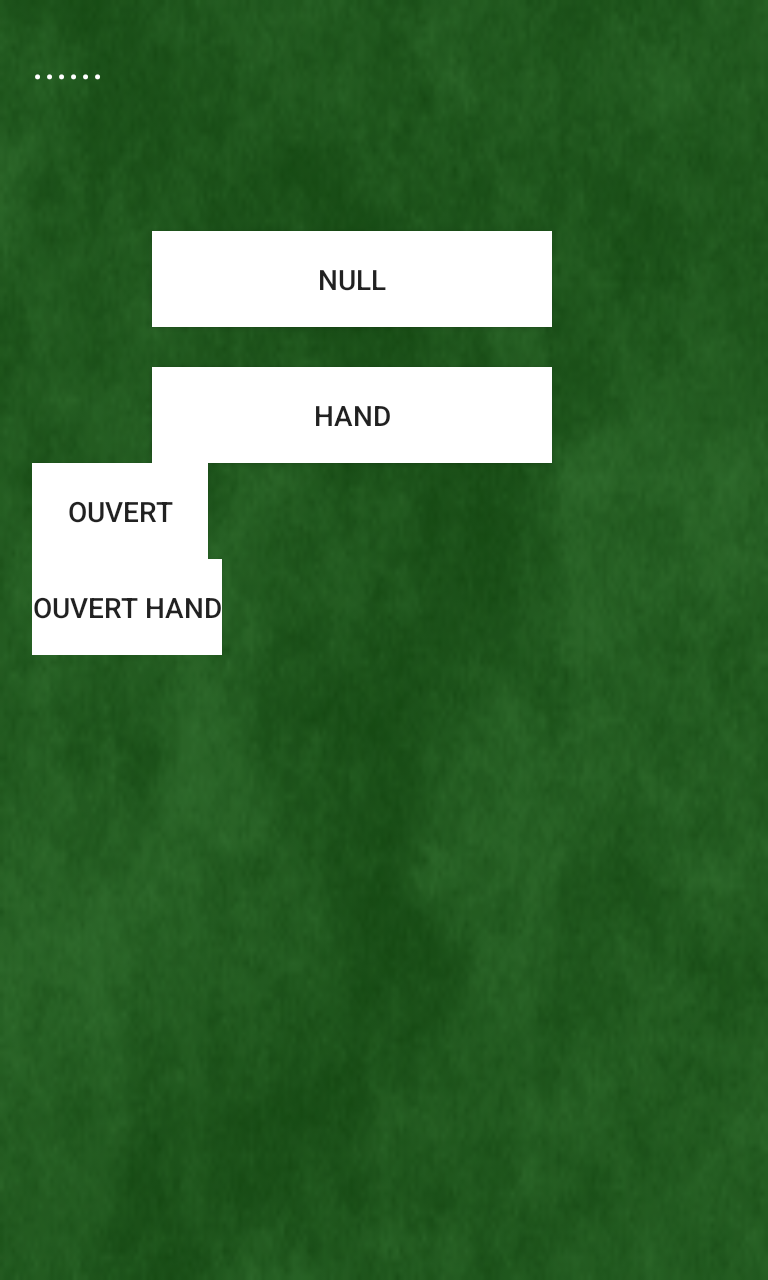
Repository: razinanu/InSy-Skat
Layout: InSy-Skat/res/layout/fragment_null_s.xml
The author's editor kept a copy of each file at every save. The layout is drawn from the files as they stood at one save, then again after the next save.
It is drawn on a 768 x 1280 px phone screen (xhdpi) without system bars, with theme AppThemeWithoutActionBarTitle; the app's code is not run.

Above is the layout before, as saved 2014-06-21 19:11:18.

### InSy-Skat/res/layout/fragment_null_s.xml
<ScrollView xmlns:android="http://schemas.android.com/apk/res/android"
    xmlns:tools="http://schemas.android.com/tools"
    android:layout_width="match_parent"
    android:layout_height="match_parent"
    android:paddingBottom="@dimen/activity_vertical_margin"
    android:paddingLeft="@dimen/activity_horizontal_margin"
    android:paddingRight="@dimen/activity_horizontal_margin"
    android:paddingTop="@dimen/activity_vertical_margin"
    android:background="@drawable/hintergrundapp"
    tools:context="com.example.insy_skat.NullSPActivity$PlaceholderFragment" >


        <LinearLayout
            android:layout_width="match_parent"
            android:layout_height="wrap_content"
            android:orientation="vertical"
           >

            <TextView
                android:id="@+id/bubenAuswahlText"
                android:layout_width="wrap_content"
                android:layout_height="wrap_content"
                android:text="@string/nullspiel"
                android:textAppearance="?android:attr/textAppearanceLarge"
                android:textColor="#ffffff" />

            <Button
                android:id="@+id/nullsp"
                android:layout_width="200dp"
                android:layout_height="wrap_content"
                android:text="@string/nullString"
                android:gravity="center"
                android:layout_marginTop="70dp"
                android:layout_marginLeft="60dp"
                android:background="#ffffff" />

             <Button
                android:id="@+id/nullH"
                android:layout_height="wrap_content"
                android:layout_marginTop="20dp"
                android:layout_width="200dp"
                android:layout_marginLeft="60dp"
                android:text="@string/nullH"
                android:background="#ffffff" />

             <Button
                 android:id="@+id/nullou"
                 android:layout_width="wrap_content"
                 android:layout_height="wrap_content"
                 android:text="@string/nullou"
                 android:background="#ffffff" />

             <Button
                 android:id="@+id/nullouH"
                 android:layout_width="wrap_content"
                 android:layout_height="wrap_content"
                 android:text="@string/nullouH"
                 android:background="#ffffff" />

        </LinearLayout>


</ScrollView>

### InSy-Skat/res/values/strings.xml
<?xml version="1.0" encoding="utf-8"?>
<resources>

    <string name="app_name">Reizassistent</string>
    <string name="action_settings">Settings</string>
    <string name="zurueck">Zurück</string>
    <string name="weiter">Weiter</string>
    <string name="menue">Menü</string>
    <string name="abbrechen">Beenden</string>
    <string name="farbspielGrand">Farbspiel/Grand</string>
    <string name="nullString">Null</string>
    <string name="grand">Grand</string>
    <string name="reizassistent">Reizassistent</string>
    <string name="bubenAuswaehlen">Buben Auswählen</string>
    <string name="farbenAuswahl">Farben Auswählen</string>
    <string name="reizenTabelle">Reiztabelle</string>
    <string name="title_activity_selected_soldiers">SelectedSoldiers</string>
    <string name="title_activity_farben_auswahl">FarbenAuswahl</string>
    <string name="title_activity_result">ResultActivity</string>
    <string name="info_title">Zusätzliche Informationen</string>
    <string name="home_title">Hauptmenü</string>
    <string name="title_activity_null_sp">NullSPActivity</string>
    <string name="nullspiel">......</string>
     <string name="nullH">Hand</string>
     <string name="nullou">Ouvert</string>
     <string name="nullouH">Ouvert Hand</string>

</resources>

Loaded but not shown: InSy-Skat/res/values-v11/styles.xml (common file); InSy-Skat/res/values/styles.xml (common file); InSy-Skat/res/values-v14/styles.xml (common file); InSy-Skat/res/values/dimens.xml (common file); InSy-Skat/res/values-w820dp/dimens.xml (common file)

After the next save:
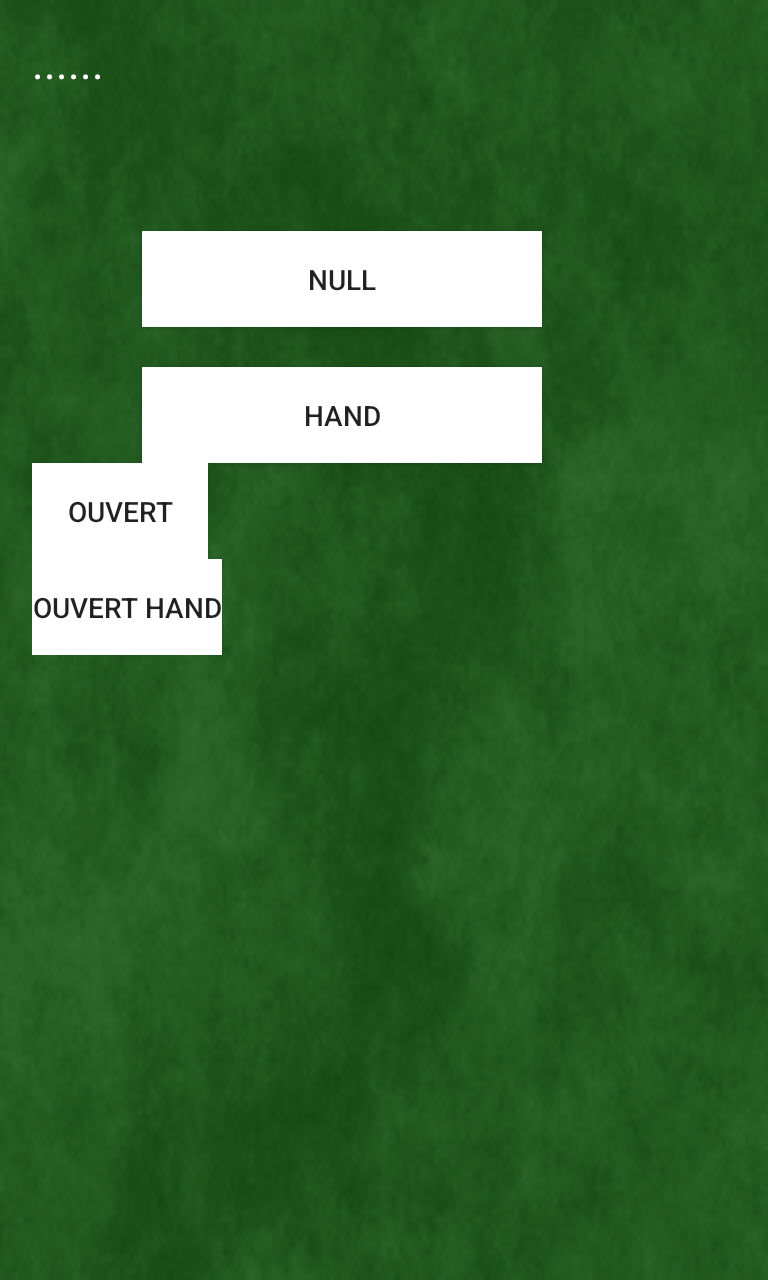
Saved 21 s later.
--- a/InSy-Skat/res/layout/fragment_null_s.xml
+++ b/InSy-Skat/res/layout/fragment_null_s.xml
@@ -31,7 +31,7 @@
                 android:text="@string/nullString"
                 android:gravity="center"
                 android:layout_marginTop="70dp"
-                android:layout_marginLeft="60dp"
+                android:layout_marginLeft="55dp"
                 android:background="#ffffff" />
 
              <Button
@@ -39,7 +39,7 @@
                 android:layout_height="wrap_content"
                 android:layout_marginTop="20dp"
                 android:layout_width="200dp"
-                android:layout_marginLeft="60dp"
+                android:layout_marginLeft="55dp"
                 android:text="@string/nullH"
                 android:background="#ffffff" />
 
